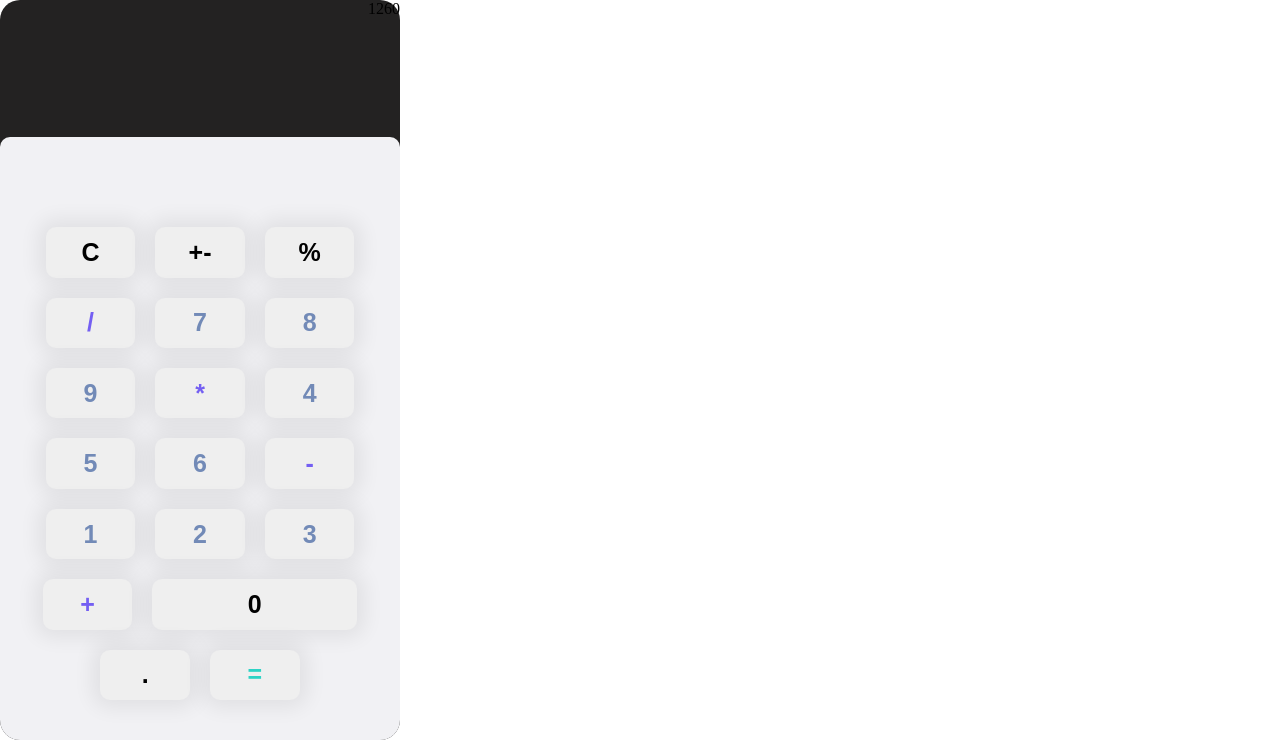
Repository: BrunoBross/calculator
Page: index.html
An editor plug-in stored every save of this project. The page is shown before and after the next save, followed by the edit.
The browser window is 1280 px wide. The pictures show the whole page.

Above is the page before, as saved 2021-11-30 23:11:09.

### index.html
<!DOCTYPE html>
<html lang="en">
<head>
  <meta charset="UTF-8">
  <meta http-equiv="X-UA-Compatible" content="IE=edge">
  <meta name="viewport" content="width=device-width, initial-scale=1.0">
  <title>Calculator</title>
  <link rel="stylesheet" href="./style.css">
</head>
<body>
  <main>
    <div class="calculator">
      <div class="view">
        1260
      </div>
      <div class="buttons">
        <button class="extra" id="reset">C</button>
        <button class="extra" id="moreless">+-</button>
        <button class="extra" id="percent">%</button>
        <button class="operator" id="division">/</button>
        <button class="number" id="seven">7</button>
        <button class="number" id="eight">8</button>
        <button class="number" id="nine">9</button>
        <button class="operator" id="multiply">*</button>
        <button class="number" id="four">4</button>
        <button class="number" id="five">5</button>
        <button class="number" id="six">6</button>
        <button class="operator" id="less">-</button>
        <button class="number" id="one">1</button>
        <button class="number" id="two">2</button>
        <button class="number" id="three">3</button>
        <button class="operator" id="plus">+</button>
        <button class="extra" id="zero">0</button>
        <button class="extra" id="dot">.</button>
        <button class="equals" id="equals">=</button>
      </div>
    </div>

    <div class="small-square"></div>
    <div class="square"></div>
    <div class="small-circle"></div>
    <div class="circle"></div>
  </main>
</body>
<script src="./script.js"></script>
</html>

### style.css
*{
  padding: 0;
  margin: 0;
}

.calculator{
  background-color: #232222;
  display: flex;
  flex-direction: column;
  width: 400px;
  height: 740px;
  border-radius: 20px;
}

.view{
  display: flex;
  flex-direction: row-reverse;
  height: 200px;

}

.buttons{
  padding-top: 90px;
  padding-bottom: 40px;
  background-color: #F1F1F4;
  display: flex;
  justify-content: center;
  flex-wrap: wrap;
  gap: 20px;
  border-radius: 10px 10px 20px 20px;
}

.buttons > button{
  box-shadow: 0 0 20px 8px #00000011;
  border: none;
  height: 7vh;
  width: 7vw;
  border-radius: 10px;
  cursor: pointer;
  transition: 0.3s;
  font-size: 25px;
  font-weight: bold;
}

.buttons > button:hover{
  filter: brightness(0.7);
}

#zero{
  width: 16vw;
}

.number{
  color: #728AB7;

}

.operator{
  color: #745FF2;

}

.equals{
  color: #2DD3C5;

}

.extra{

}

Loaded but not shown: script.js (no copy from this time; the picture is the same without it)

After the next save:
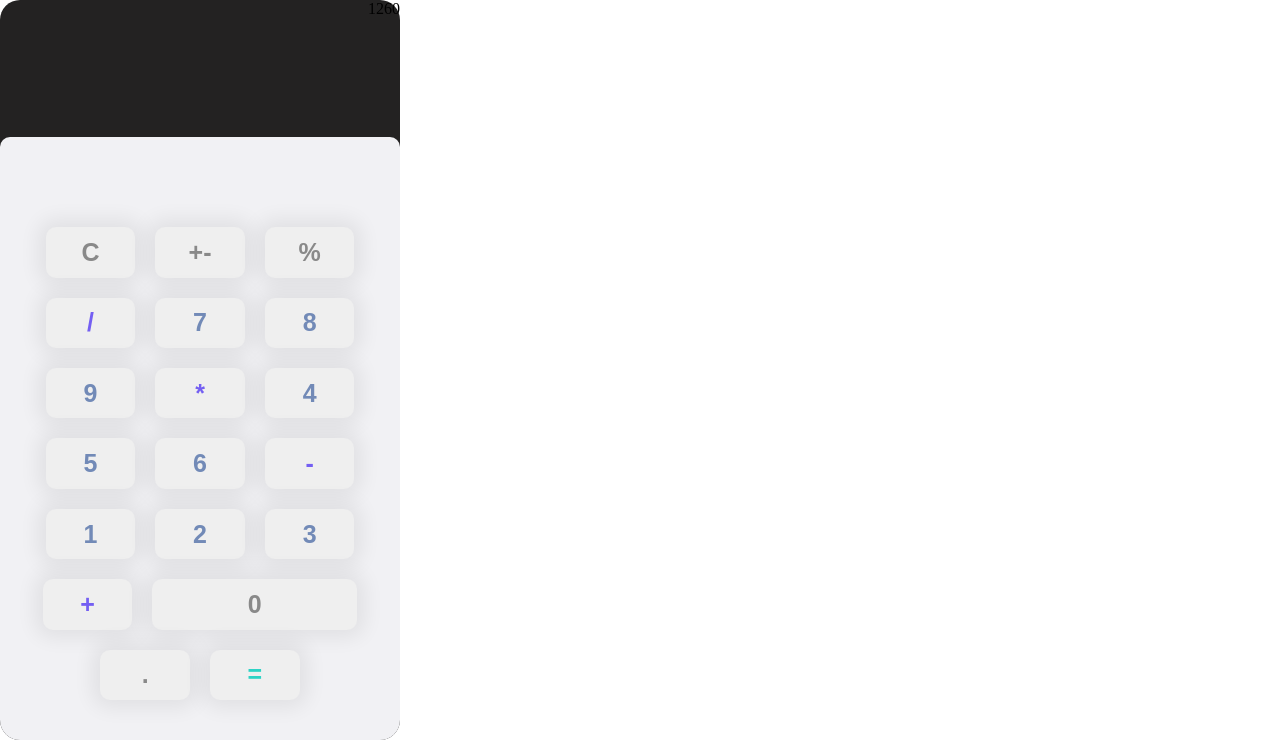
Saved 18 s later.
--- a/style.css
+++ b/style.css
@@ -66,5 +66,5 @@
 }
 
 .extra{
-
+  color: #898989
 }
